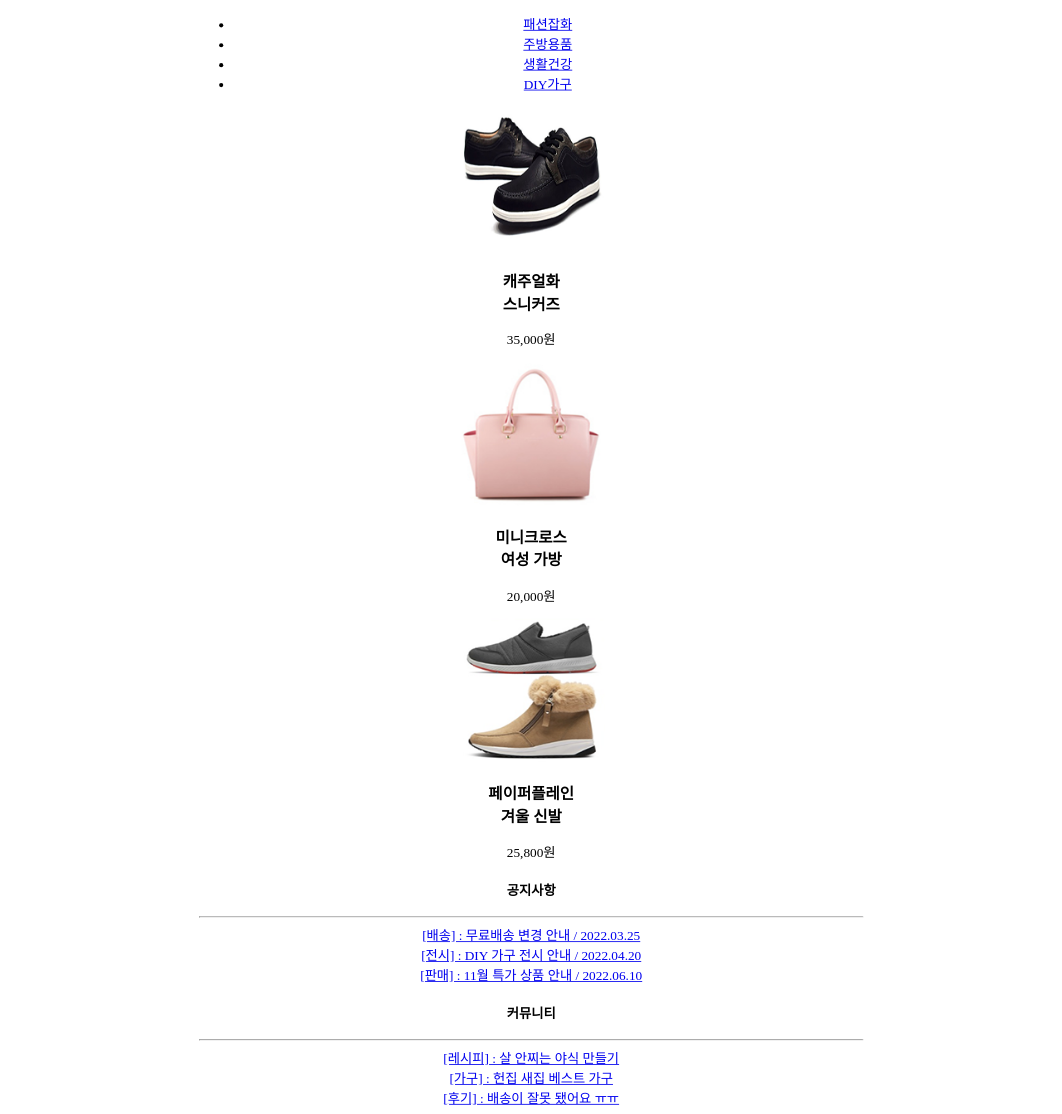
Repository: dudadab/Hhyundaiezwel_Academy
Page: CSS01/src/main/webapp/cssEx.html
The author's editor kept a copy of each file at every save. The page is drawn from the files as they stood at one save, then again after the next save.
The browser window is 1280 px wide. The pictures show the whole page, at 83% of full size.

Above is the page before, as saved 2025-07-02 07:21:39.

### CSS01/src/main/webapp/cssEx.html
<!DOCTYPE html>
<html>
	<head>
		<meta charset="UTF-8">
		<title>CSS 종합 연습문제</title>
		<link rel="stylesheet" type="text/css" href="cssEX.css">
	</head>
	<body>
		<div id="wrap">
			<div id="mainMenuBox">
				<ul id="menuItem">
					<li><a href="#">패션잡화</a></li>
					<li><a href="#">주방용품</a></li>
					<li><a href="#">생활건강</a></li>
					<li><a href="#">DIY가구</a></li>
				</ul>
			</div>
			<div id="productBox">
				<div>
					<img src="image/image/fashion1.png">
					<h3 class="prdTitle">캐주얼화<br>스니커즈</h3>
					<p class="prdPrice">35,000원</p>
				</div>
				<div>
					<img src="image/image/fashion2.png">
					<h3 class="prdTitle">미니크로스<br>여성 가방</h3>
					<p class="prdPrice">20,000원</p>
				</div>
				<div>
					<img src="image/image/fashion3.png">
					<h3 class="prdTitle">페이퍼플레인<br>겨울 신발</h3>
					<p class="prdPrice">25,800원</p>
				</div>
			</div>
			<div id="infoBox">
				<div class="box">
					<h4>공지사항</h4>
					<hr>
					<a href="#">[배송] : 무료배송 변경 안내 / 2022.03.25</a><br>
					<a href="#">[전시] : DIY 가구 전시 안내 / 2022.04.20</a><br>
					<a href="#">[판매] : 11월 특가 상품 안내 / 2022.06.10</a><br>
				</div>
				<div class="box">
					<h4>커뮤니티</h4>
					<hr>
					<a href="#">[레시피] : 살 안찌는 야식 만들기</a><br>
					<a href="#">[가구] : 헌집 새집 베스트 가구</a><br>
					<a href="#">[후기] : 배송이 잘못 됐어요 ㅠㅠ</a><br>
				</div>
			</div>
		</div>
	</body>
</html>

### CSS01/src/main/webapp/cssEX.css
@charset "UTF-8";

/*전체 컨텐츠를 담고 있는 div 태그*/
#wrap{
	margin:0 auto;/*가운데 정렬*/
	width:800px; /*가운데 정렬하기 위해서는 width 값이 있어야 함*/
	text-align:center;
}

After the next save:
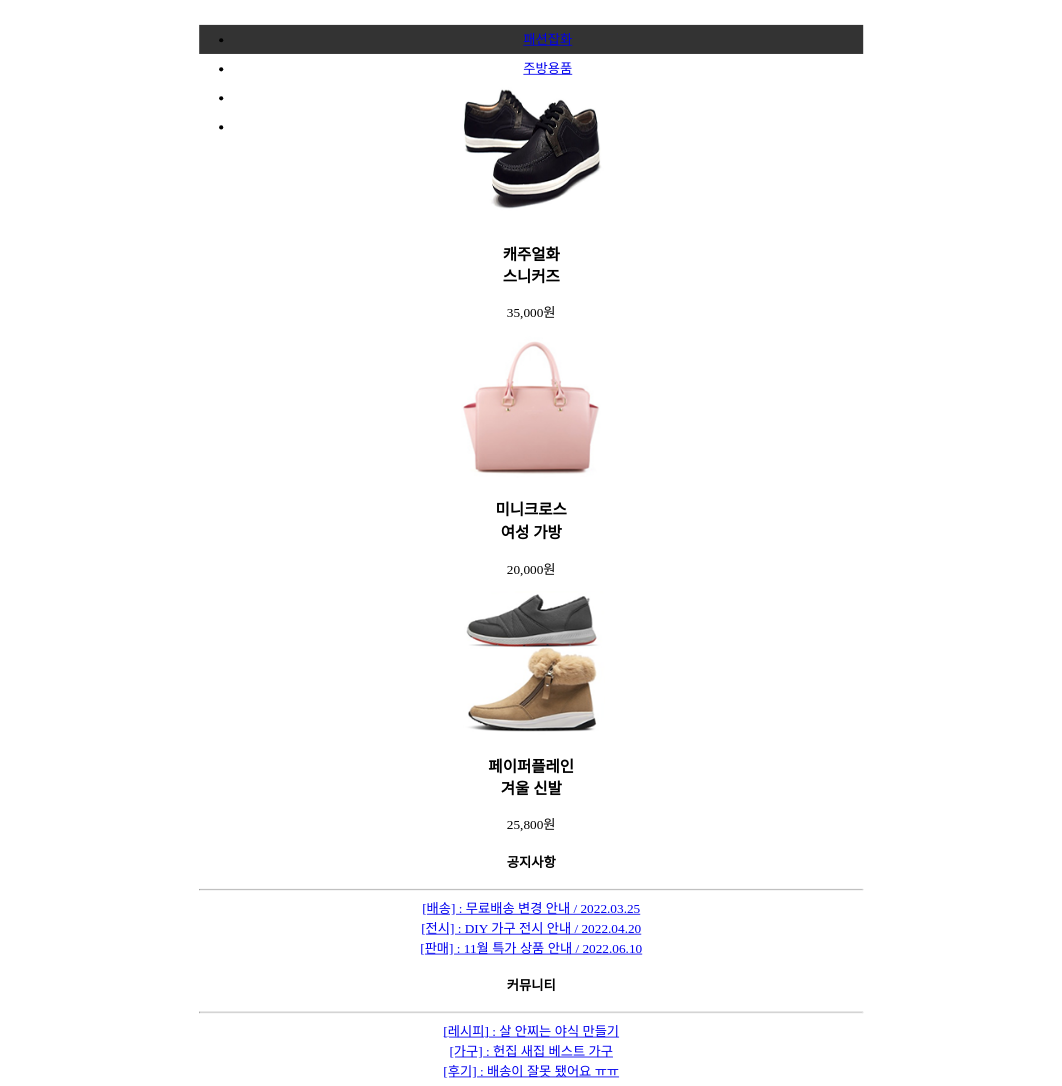
Saved 8 min 28 s later.
--- a/CSS01/src/main/webapp/cssEX.css
+++ b/CSS01/src/main/webapp/cssEX.css
@@ -5,4 +5,14 @@
 	margin:0 auto;/*가운데 정렬*/
 	width:800px; /*가운데 정렬하기 위해서는 width 값이 있어야 함*/
 	text-align:center;
+
 }
+
+#mainMenuBox{
+	height:35px;
+	line-height:35px; /*줄간격 - 수직 가운데 정렬 효과*/
+	background-color:#333;
+	margin-top:	30px;
+	margin-bottom:30px;
+
+}
